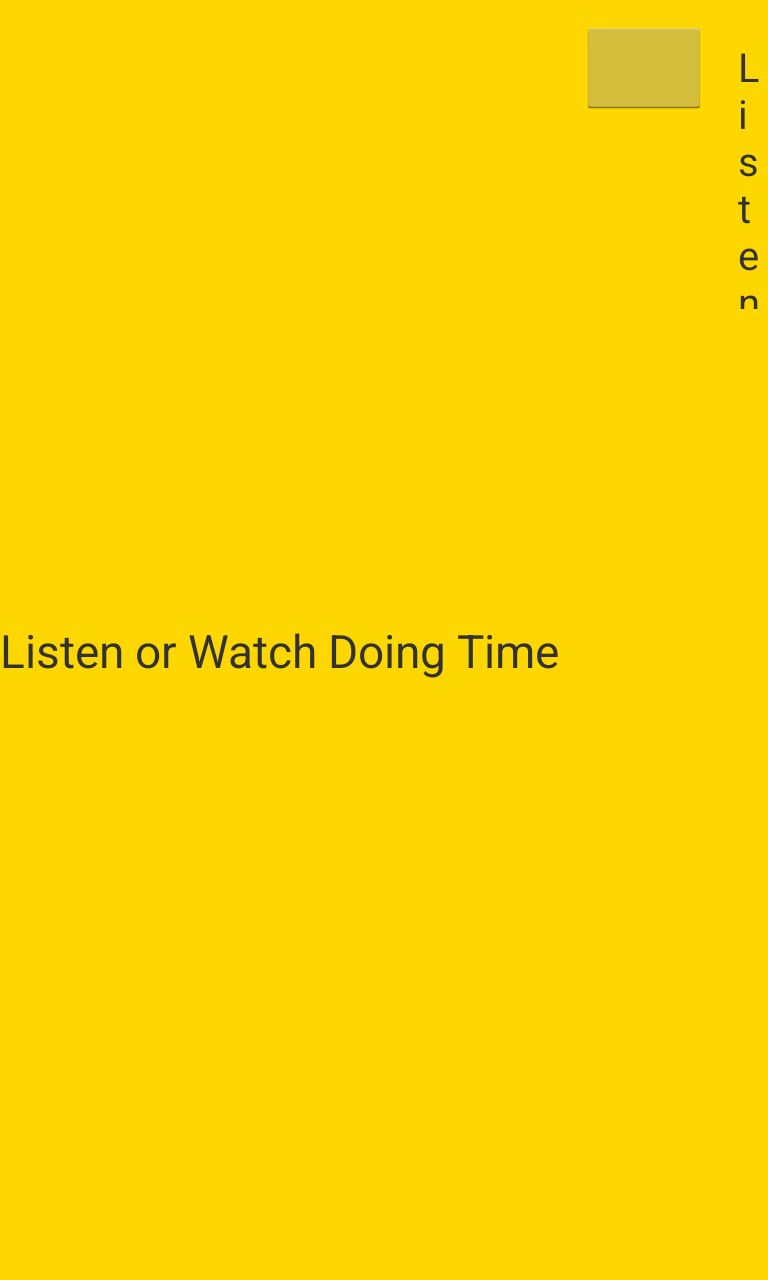
Repository: kenshiryu7/mdv-projects
Layout: MDF3/project_2/res/layout/main_lay.xml
These files come from the project's save history. The layout is drawn as it stood at one moment and after the next save; the edit follows.
Pictures or frames that could not be fetched are drawn as grey boxes. It is drawn on a 768 x 1280 px phone screen (xhdpi) without system bars, with theme AppTheme; the app's code is not run.

Above is the layout before, as saved 2013-02-14 00:22:11.

After the next save:
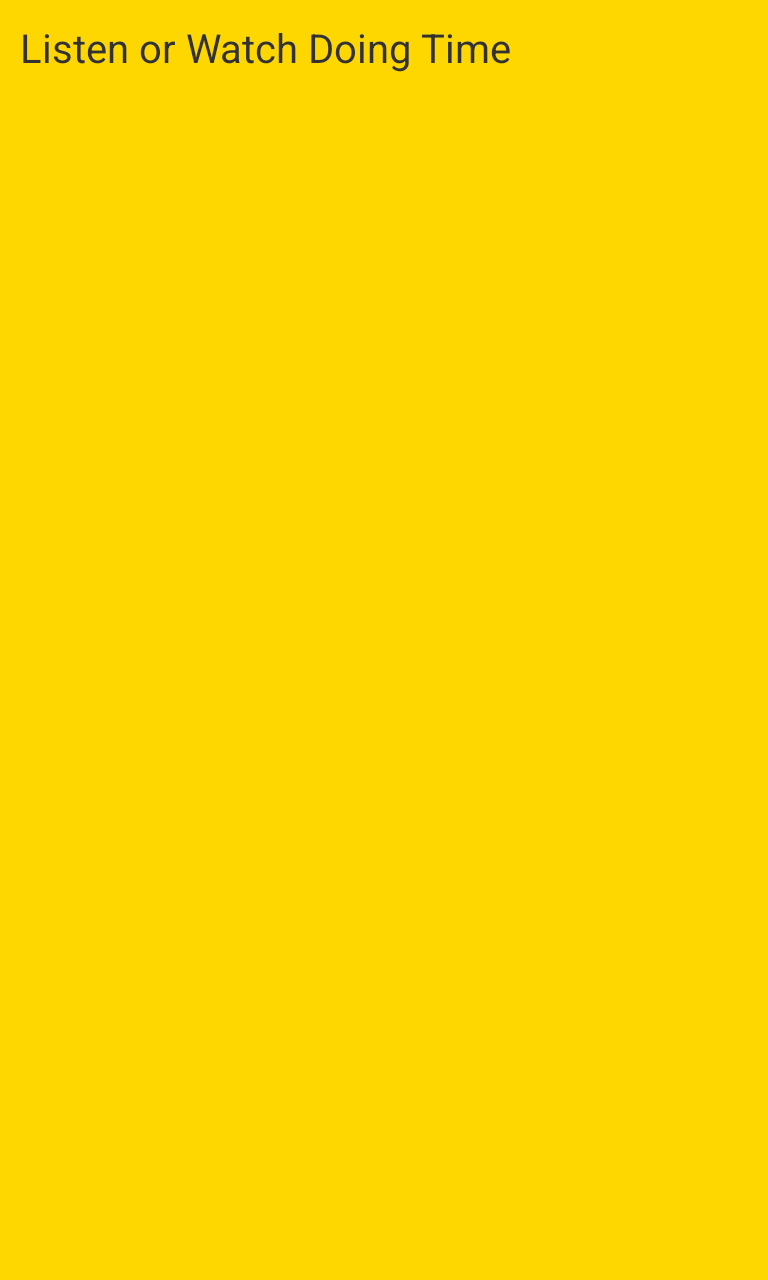
Saved 7 min 28 s later.
--- a/MDF3/project_2/res/layout/main_lay.xml
+++ b/MDF3/project_2/res/layout/main_lay.xml
@@ -31,73 +31,23 @@
                     android:layout_width="match_parent"
                     android:layout_height="match_parent" >
 
-                     <TextView
-        android:id="@+id/textView1"
-        android:layout_width="wrap_content"
-        android:layout_height="wrap_content"
-        android:layout_gravity="center"
-        android:layout_marginTop="5dp"
-        android:text="@string/main_text"
-        android:textSize="23sp" />
 
-    <LinearLayout
-        xmlns:android="http://schemas.android.com/apk/res/android"
-        xmlns:tools="http://schemas.android.com/tools"
-        android:layout_width="match_parent"
-        android:layout_height="wrap_content"
-        android:background="#FFD700"
-        android:orientation="horizontal" >
 
-        <Button
-            android:id="@+id/playB"
-            android:layout_width="wrap_content"
-            android:layout_height="wrap_content"
-            android:layout_marginLeft="10dp"
-            android:layout_marginTop="10dp"
-            android:text="" />
 
-    	<TextView
-    	    android:id="@+id/textView2"
-    	    android:layout_width="wrap_content"
-    	    android:layout_height="wrap_content"
-    	    android:layout_marginLeft="15dp"
-    	    android:layout_marginTop="10dp"
-    	    android:text="@string/listen"
-    	    android:textSize="20sp" />
+                    <TextView
+                        android:id="@+id/textView1"
+                        android:layout_width="match_parent"
+                        android:layout_height="wrap_content"
+                        android:layout_gravity="center|top"
+                        android:layout_marginLeft="10dp"
+                        android:layout_marginTop="10dp"
+                        android:text="@string/main_text"
+                        android:textSize="20sp" />
 
-    </LinearLayout>
 
-	<LinearLayout xmlns:android="http://schemas.android.com/apk/res/android"
-    	xmlns:tools="http://schemas.android.com/tools"
-   	 	android:layout_width="match_parent"
-    	android:layout_height="wrap_content"
-    	android:background="#FFD700"
-    	android:orientation="horizontal" >
 
-    	<Button
-       	 	android:id="@+id/playVid"
-       		android:layout_width="wrap_content"
-        	android:layout_height="wrap_content"
-        	android:layout_marginLeft="10dp"
-        	android:layout_marginTop="10dp"
-        	android:text="@string/watch" />
 
-    	<TextView
-    	    android:id="@+id/textView3"
-    	    android:layout_width="wrap_content"
-    	    android:layout_height="wrap_content"
-    	    android:layout_marginLeft="15dp"
-    	    android:layout_marginTop="10dp"
-    	    android:text="@string/video"
-    	    android:textSize="20sp" />
 
-    </LinearLayout>
-
-	<VideoView
-	    android:id="@+id/vidview"
-	    android:layout_width="match_parent"
-	    android:layout_height="wrap_content"
-	    android:layout_margin="2dp" />
                 </LinearLayout>
 
                 <LinearLayout
